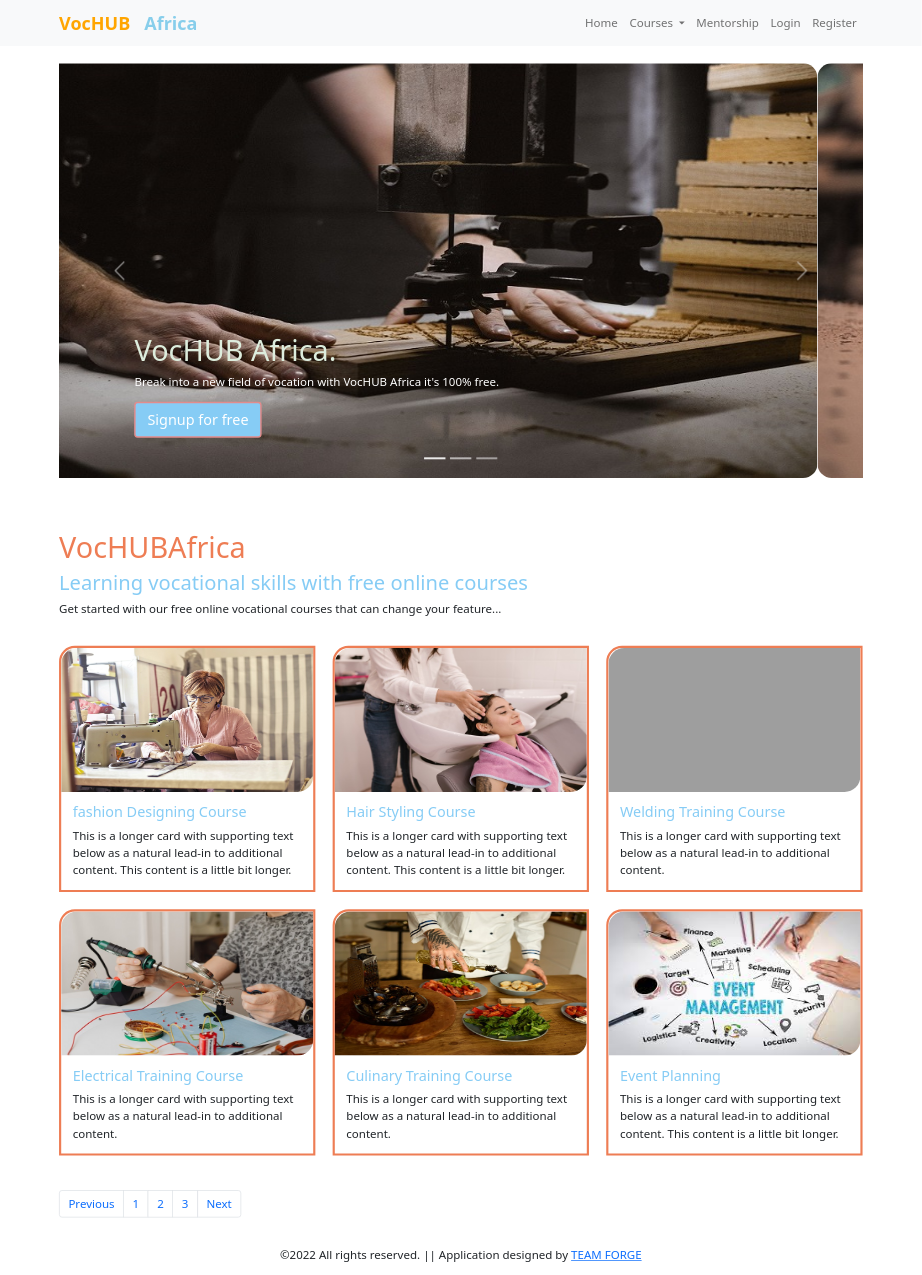
Repository: EKem01/VocHUB-Africa-Project
Page: / (app in client/)
These files come from the project's save history. The page is drawn as it stood at one moment and after a run of saves; the edit follows.
The browser window is 1280 px wide. The pictures show the whole page, at 72% of full size.
Pictures or frames that could not be fetched are drawn as grey boxes. The project was rebuilt for these pictures with package versions that can differ from the ones it lists, and the page was loaded fresh each time. Also part of the build but not shown: client/angular.json, client/src/app/components/login/login.component.ts, client/src/app/components/register/register.component.ts, client/src/app/components/courses/fashion-designing/fashion-designing.component.ts, client/src/app/components/courses/hair-styling/hair-styling.component.ts, client/src/app/components/dashboard/dashboard.component.ts, client/src/app/components/logout/logout.component.ts, client/src/app/components/mentorship/mentorship.component.ts.

Above is the page before, as saved 2022-06-13 23:40:17.

After the next 3 saves:
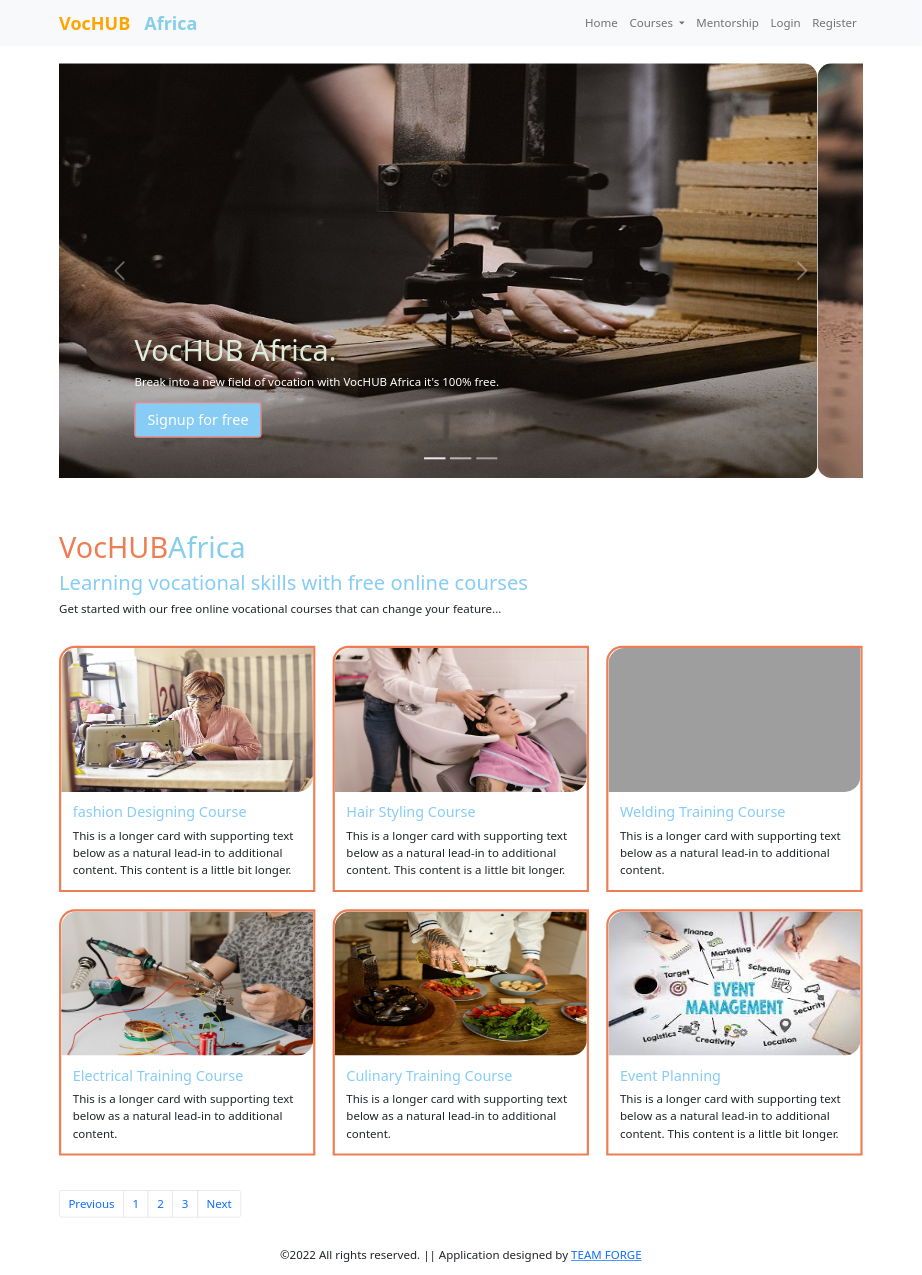
The 3 saves are shown as one change because they came seconds apart.
The last was saved 11 s later.
--- a/client/src/app/components/home/home.component.html
+++ b/client/src/app/components/home/home.component.html
@@ -55,7 +55,7 @@
 
 
 <section class="courses">
-  <h1> <span style="color: oreange;">VocHUB</span> <span style="color: ;">Africa</span> </h1>
+  <h1> <span style="color: oreange;">VocHUB</span> <span style="color: skyblue;">Africa</span> </h1>
   <h3>Learning vocational skills with free online courses</h3>
   <p>Get started with our free online vocational courses that can change your feature...</p><br>
   <div class="row row-cols-1 row-cols-md-3 g-4">
